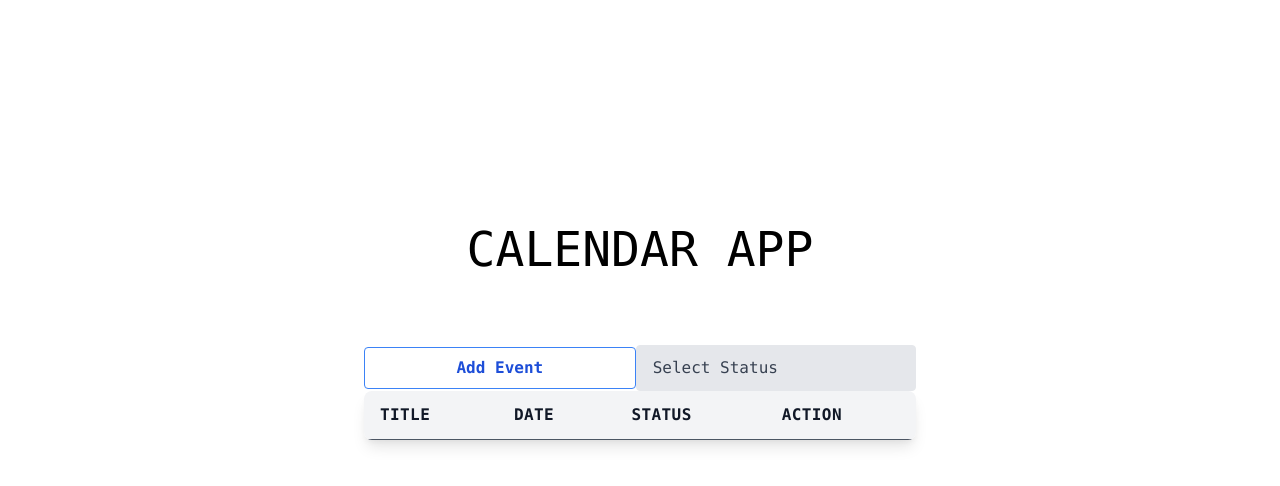
Repository: maikeru-desu/parking-lot
Page: / (app in parking-lot-fe/)
These files come from the project's save history. The page is drawn as it stood at one moment and after the next save; the edit follows.
The browser window is 1280 px wide. The pictures show the whole page.
The page's requests for data from a server got no answer. The project was rebuilt for these pictures with package versions that can differ from the ones it lists, and the page was loaded fresh each time. No one was signed in, and anything a server would have sent is missing. Also part of the build but not shown: parking-lot-fe/craco.config.js, parking-lot-fe/src/pages/Add.js, parking-lot-fe/src/pages/Edit.js.

Above is the page before, as saved 2021-10-14 07:43:30.

### parking-lot-fe/src/index.js
import React from 'react';
import ReactDOM from 'react-dom';
import './index.css';
import App from './App';
import {Provider} from "react-redux";
import {BrowserRouter} from "react-router-dom";
import reportWebVitals from './reportWebVitals';
import store from './redux/store';

ReactDOM.render(
    <React.StrictMode>
        <BrowserRouter>
            <Provider store={store}>
                <App />
            </Provider>
        </BrowserRouter>
    </React.StrictMode>,
    document.getElementById('root')
);

// If you want to start measuring performance in your app, pass a function
// to log results (for example: reportWebVitals(console.log))
// or send to an analytics endpoint. Learn more: https://bit.ly/CRA-vitals
reportWebVitals();

### parking-lot-fe/src/App.js
import logo from './logo.svg';
import './App.css';
import {Switch, Route} from "react-router-dom";
import Home from './pages/Home';
import Add from './pages/Add';
import Edit from './pages/Edit';

function App() {
  return (
    <div className="App font-mono">
          <h1 class="mb-12 text-5xl">CALENDAR APP</h1>
        <Switch>
            <Route exact path="/" component={Home} />
            <Route exact path="/add" component={Add} />
            <Route exact path="/edit/:id" component={Edit} />
        </Switch>
    </div>
  );
}

export default App;

### parking-lot-fe/src/redux/store.js
import {createStore, applyMiddleware} from "redux";
import logger from "redux-logger";
import reduxThunk from "redux-thunk";
import rootReducer from "./root-reducer";

const middlewares = [reduxThunk];

if (process.env.NODE_ENV === "development") {
    middlewares.push(logger)
}

const store = createStore(rootReducer, applyMiddleware(...middlewares));

export default store;

### parking-lot-fe/src/pages/Home.js
import React, {useEffect} from 'react'
import {useDispatch, useSelector} from "react-redux";
import { deleteEvent, loadEvents } from '../redux/actions';
import { useHistory } from 'react-router-dom';

const Home = () => {
    let dispatch = useDispatch();
    let history = useHistory();
    const { events } = useSelector(state => state.events);

    const handleDelete = (id) => {
        if(window.confirm("Are you sure wanted to delete the event?")) {
            dispatch(deleteEvent(id));
        }
    }

    useEffect(() => {
        dispatch(loadEvents());
    }, [])

    return (
        <section class="container mx-auto p-6">
            <div class="flex items-center justify-between">
                <button onClick={() => history.push("/add")} className="bg-transparent hover:bg-blue-500 text-blue-700 font-semibold hover:text-white py-2 px-4 border border-blue-500 hover:border-transparent rounded">
                    Add Event
                </button>

                <select
                    id="status"
                    name="status"
                    className="block appearance-none w-full bg-gray-200 border border-gray-200 text-gray-700 py-3 px-4 pr-8 rounded leading-tight focus:outline-none focus:bg-white focus:border-gray-500">
                    <option>Select Status</option>
                    <option value="0">Pending</option>
                    <option value="2">Ongoing</option>
                    <option value="1">Done</option>
                </select>
            </div>

            <div class="w-full mb-8 overflow-hidden rounded-lg shadow-lg">
                <div class="w-full overflow-x-auto">
                <table class="w-full">
                    <thead>
                    <tr class="text-md font-semibold tracking-wide text-left text-gray-900 bg-gray-100 uppercase border-b border-gray-600">
                        <th class="px-4 py-3">Title</th>
                        <th class="px-4 py-3">Date</th>
                        <th class="px-4 py-3">Status</th>
                        <th class="px-4 py-3">Action</th>
                    </tr>
                    </thead>
                    <tbody class="bg-white">
                        {events && events.map((event) => (

                            <tr class="text-gray-700" key={event.id}>
                                <td class="px-4 py-3 border">
                                    <div class="flex items-center text-sm">
                                        <div>
                                            <p class="font-semibold text-black">{event.title}</p>
                                        </div>
                                    </div>
                                </td>
                                <td class="px-4 py-3 text-ms font-semibold border">{event.date}</td>
                                <td class="px-4 py-3 text-xs border">
                                    {(() => {
                                        if (event.status == 0) {
                                            return <span class="px-2 py-1 font-semibold leading-tight text-yellow-700 bg-yellow-100 rounded-sm"> Pending </span>;
                                        } else if (event.status == 1) {
                                            return <span class="px-2 py-1 font-semibold leading-tight text-green-700 bg-green-100 rounded-sm"> Done </span>;
                                        } else {
                                            return <span class="px-2 py-1 font-semibold leading-tight text-blue-700 bg-blue-100 rounded-sm"> Ongoing </span>;
                                        }
                                    })()}
                                    {/* <span class="px-2 py-1 font-semibold leading-tight text-green-700 bg-green-100 rounded-sm"> Acceptable </span> */}
                                </td>
                                <td class="px-4 py-3 text-sm border">
                                    <button onClick={() => history.push(`/edit/${event.id}`)} className="bg-transparent hover:bg-blue-500 text-blue-700 font-semibold hover:text-white py-2 px-4 border border-blue-500 hover:border-transparent rounded">
                                        EDIT
                                    </button>
                                    <button onClick={() => handleDelete(event.id)} className="bg-transparent hover:bg-red-500 text-red-700 font-semibold hover:text-white py-2 px-4 border border-red-500 hover:border-transparent rounded">
                                        DELETE
                                    </button>
                                </td>
                            </tr>
                        ))}
                    </tbody>
                </table>
                </div>
            </div>
        </section>
    )
}

export default Home

### parking-lot-fe/src/redux/root-reducer.js
import {combineReducers} from "redux";
import eventsReducers from "./reducer";

const rootReducer = combineReducers({
    events: eventsReducers
});

export default rootReducer;

### parking-lot-fe/src/redux/actions.js
import * as types from "./actionType";
import axios from "axios";

const getEvents = (events) => ({
    type: types.GET_EVENTS,
    payload: events
});

const eventDeleted = () => ({
    type: types.DELETE_EVENT
});

const eventAdded = () => ({
    type: types.ADD_EVENT
});

const eventFetched = (event) => ({
    type: types.GET_EVENT,
    payload: event,
});

const eventUpdated = () => ({
    type: types.UPDATE_EVENT
});

export const loadEvents = () => {
    return function (dispatch) {
        axios.get(`${process.env.REACT_APP_API}`).then((resp) => {
            // console.log("resp", resp);
            dispatch(getEvents(resp.data));
        })
        .catch((error) => console.log(error));
    };
};

export const deleteEvent = (id) => {
    return function (dispatch) {
        axios.delete(`${process.env.REACT_APP_API}/${id}`).then((resp) => {
            console.log("resp", resp);
            dispatch(eventDeleted());
            dispatch(loadEvents());
        })
        .catch((error) => console.log(error));
    };
};

export const addEvent = (user) => {
    return function (dispatch) {
        axios.post(`${process.env.REACT_APP_API}`, user).then((resp) => {
            console.log("resp", resp);
            dispatch(eventAdded());
            dispatch(loadEvents());
        })
        .catch((error) => console.log(error));
    };
};

export const getEvent = (id) => {
    return function (dispatch) {
        axios.get(`${process.env.REACT_APP_API}/${id}`).then((resp) => {
            console.log("resp", resp);
            dispatch(eventFetched(resp.data));
        })
        .catch((error) => console.log(error));
    };
};

export const updateEvent = (user, id) => {
    return function (dispatch) {
        axios.put(`${process.env.REACT_APP_API}/${id}`, user).then((resp) => {
            console.log("resp", resp);
            dispatch(eventUpdated());
        })
            .catch((error) => console.log(error));
    };
};

### parking-lot-fe/src/form.css
html, body {
  height: 100%
}

body {
  display: flex;
  justify-content: center;
  align-items: center;
}

form {
  padding: 20px;
  border: 1px solid #ccc;
  border-radius: 5px;
  width: 100%;
}

button {
  width: 100%
}

#root {
    width: 100%;
    max-width: 600px;
}

### parking-lot-fe/src/redux/reducer.js
import * as types from "./actionType";

const initialState = {
    events: [],
    event: {},
    loading: true
}

const eventsReducers = (state = initialState, action) => {
    switch (action.type) {
        case types.GET_EVENTS:
            return {
                ...state,
                events: action.payload,
                loading: false,
            };
        case types.DELETE_EVENT:
        case types.ADD_EVENT:
        case types.UPDATE_EVENT:
            return {
                ...state,
                loading: false,
            }
        case types.GET_EVENT:
            return {
                ...state,
                event: action.payload,
                loading: false,
            };
        default:
            return state;
    }
}

export default eventsReducers;

### parking-lot-fe/src/redux/actionType.js
export const GET_EVENTS = "GET_EVENTS";
export const DELETE_EVENT = "DELETE_EVENT";
export const ADD_EVENT = "ADD_EVENT";
export const GET_EVENT = "GET_EVENT";
export const UPDATE_EVENT = "UPDATE_EVENT";

Loaded but not shown: parking-lot-fe/src/index.css (common file); parking-lot-fe/src/reportWebVitals.js (common file); parking-lot-fe/src/App.css (common file); parking-lot-fe/tailwind.config.js (common file)

After the next save:
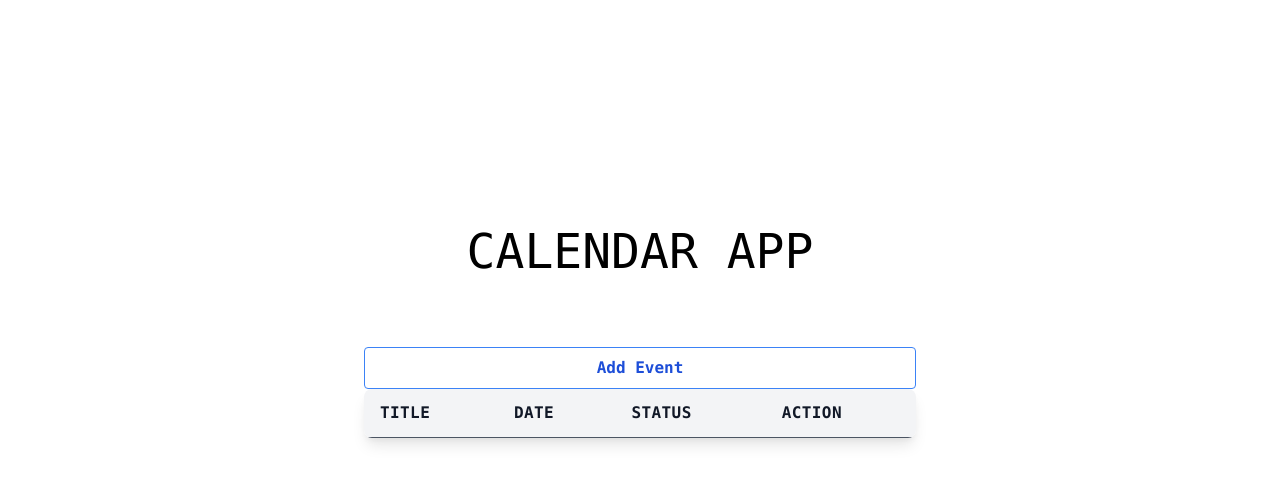
Saved 112 s later.
--- a/parking-lot-fe/src/pages/Home.js
+++ b/parking-lot-fe/src/pages/Home.js
@@ -25,7 +25,7 @@ const Home = () => {
                     Add Event
                 </button>
 
-                <select
+                {/* <select
                     id="status"
                     name="status"
                     className="block appearance-none w-full bg-gray-200 border border-gray-200 text-gray-700 py-3 px-4 pr-8 rounded leading-tight focus:outline-none focus:bg-white focus:border-gray-500">
@@ -33,7 +33,7 @@ const Home = () => {
                     <option value="0">Pending</option>
                     <option value="2">Ongoing</option>
                     <option value="1">Done</option>
-                </select>
+                </select> */}
             </div>
 
             <div class="w-full mb-8 overflow-hidden rounded-lg shadow-lg">
